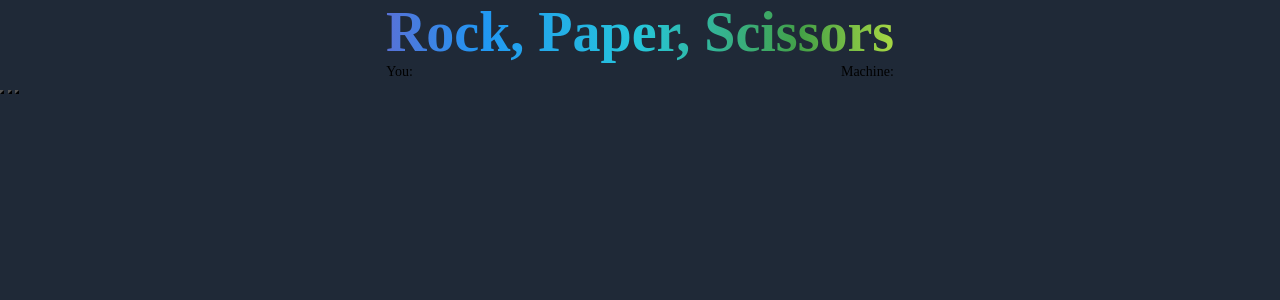
Repository: dung8466/RPS
Page: index.html
An editor plug-in stored every save of this project. The page is shown before and after a run of saves, followed by the edit.
The browser window is 1280 px wide. The pictures show the whole page.

Above is the page before, as saved 2022-07-01 21:03:18.

After the next 2 saves:
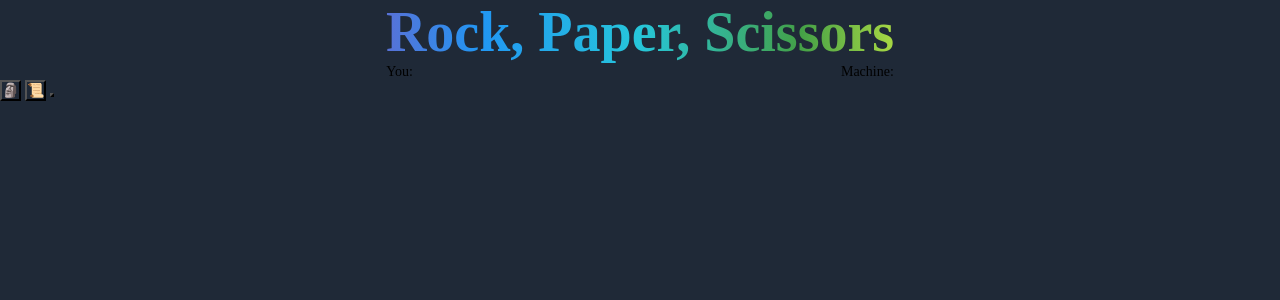
The 2 saves are shown as one change because they came seconds apart.
The last was saved 22 s later.
--- a/index.html
+++ b/index.html
@@ -17,9 +17,9 @@
         <p class="machine-result" data-result>Machine: </p>
     </div>
     <div class="selection">
+        <button class="selection" data-selection>🗿</button>
+        <button class="selection" data-selection>📜</button>
         <button class="selection" data-selection></button>
-        <button></button>
-        <button></button>
     </div>
 </body>
 </html>
